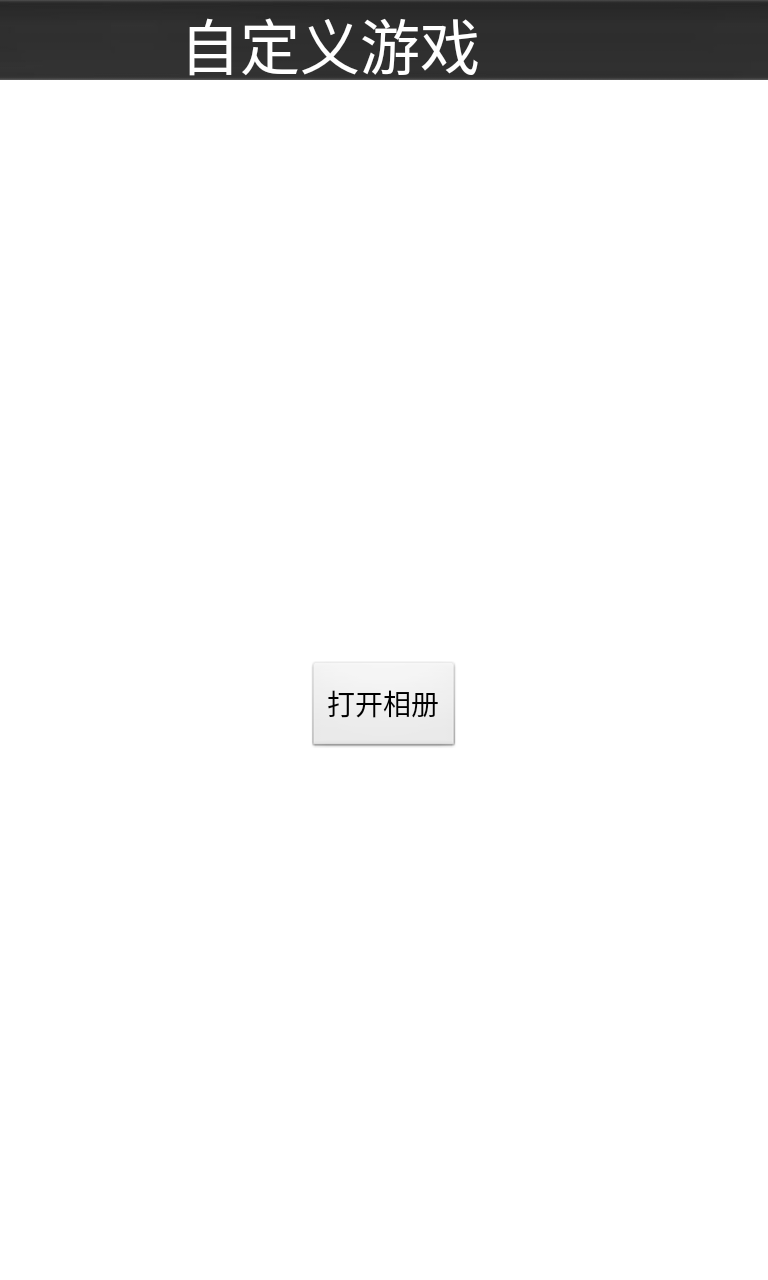
Repository: hosle/gad2
Layout: Pintu/res/layout/activity_personal_game.xml
These files come from the project's save history. The layout is drawn as it stood at one moment and after the next save; the edit follows.
It is drawn on a 768 x 1280 px phone screen (xhdpi) without system bars, with theme AppTheme; the app's code is not run. Lists and similar views that code fills are empty.

Above is the layout before, as saved 2015-06-26 09:05:32.

### Pintu/res/layout/activity_personal_game.xml
<?xml version="1.0" encoding="utf-8"?>
<LinearLayout xmlns:android="http://schemas.android.com/apk/res/android"
    android:layout_width="fill_parent"
    android:layout_height="fill_parent"
    android:background="#ffffffff"
    android:gravity="center_horizontal"
    android:orientation="vertical" >

    <LinearLayout
        android:layout_width="fill_parent"
        android:layout_height="40dp"
        android:layout_centerHorizontal="true"
        android:background="@drawable/xxhpintu_game_dir"
        android:gravity="center_horizontal"
        android:orientation="horizontal" >

        <TextView
            android:id="@+id/time"
            android:layout_width="match_parent"
            android:layout_height="wrap_content"
            android:layout_marginLeft="90dp"
            android:text="自定义游戏"
            android:textColor="#ffffffff"
            android:textSize="30sp" />
    </LinearLayout>

    <LinearLayout
        android:layout_width="fill_parent"
        android:layout_height="wrap_content"
        android:layout_marginTop="20dp"
        android:gravity="center_horizontal"
        android:orientation="vertical" >

        <ListView
            android:id="@+id/game_info"
            android:layout_width="match_parent"
            android:layout_height="270dp" >
        </ListView>

        <Button
            android:id="@+id/selectimagebnt_game"
            android:layout_width="wrap_content"
            android:layout_height="wrap_content"
            android:text="打开相册" />
    </LinearLayout>

</LinearLayout>

Loaded but not shown: Pintu/res/values/styles.xml (common file)

After the next save:
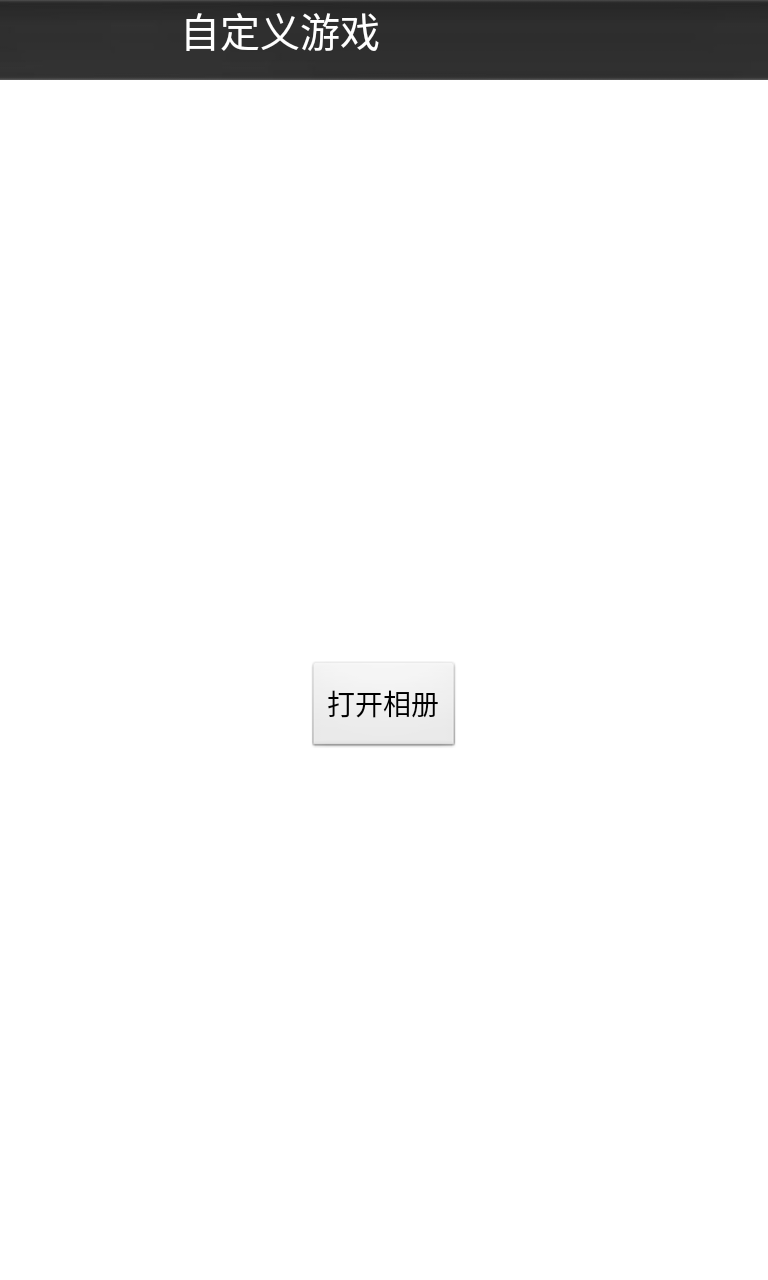
Saved 21 s later.
--- a/Pintu/res/layout/activity_personal_game.xml
+++ b/Pintu/res/layout/activity_personal_game.xml
@@ -21,7 +21,7 @@
             android:layout_marginLeft="90dp"
             android:text="自定义游戏"
             android:textColor="#ffffffff"
-            android:textSize="30sp" />
+            android:textSize="20sp" />
     </LinearLayout>
 
     <LinearLayout
